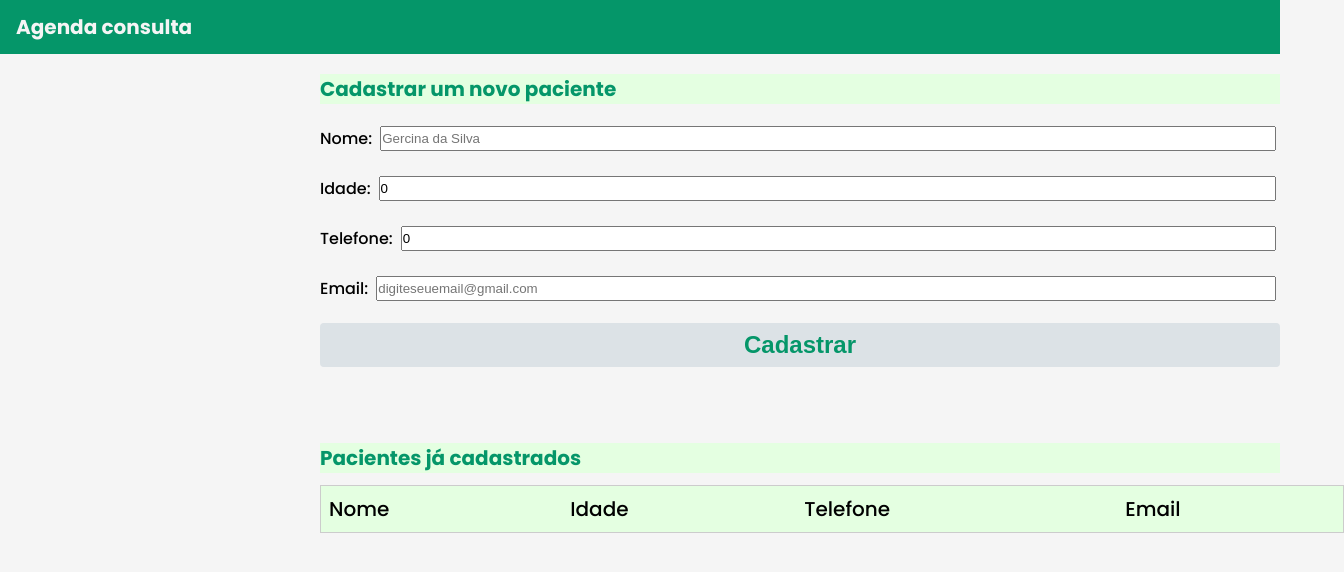
Repository: BarbaraCD/agendaconsulta
Page: /
These files come from the project's save history. The page is drawn as it stood at one moment and after the next save; the edit follows.
The browser window is 1280 px wide. The page is 1344 px wide, then 1280 px, so the pictures cover 1344 px, including what lies to the right of the window. The pictures show the whole page.
The page's requests for data from a server got no answer. The project was rebuilt for these pictures with package versions that can differ from the ones it lists, and the page was loaded fresh each time. No one was signed in, and anything a server would have sent is missing. Also part of the build but not shown: vite.config.ts, src/styles/StyleList.ts, src/components/Patients.tsx.

Above is the page before, as saved 2023-07-31 07:59:21.

After the next save:
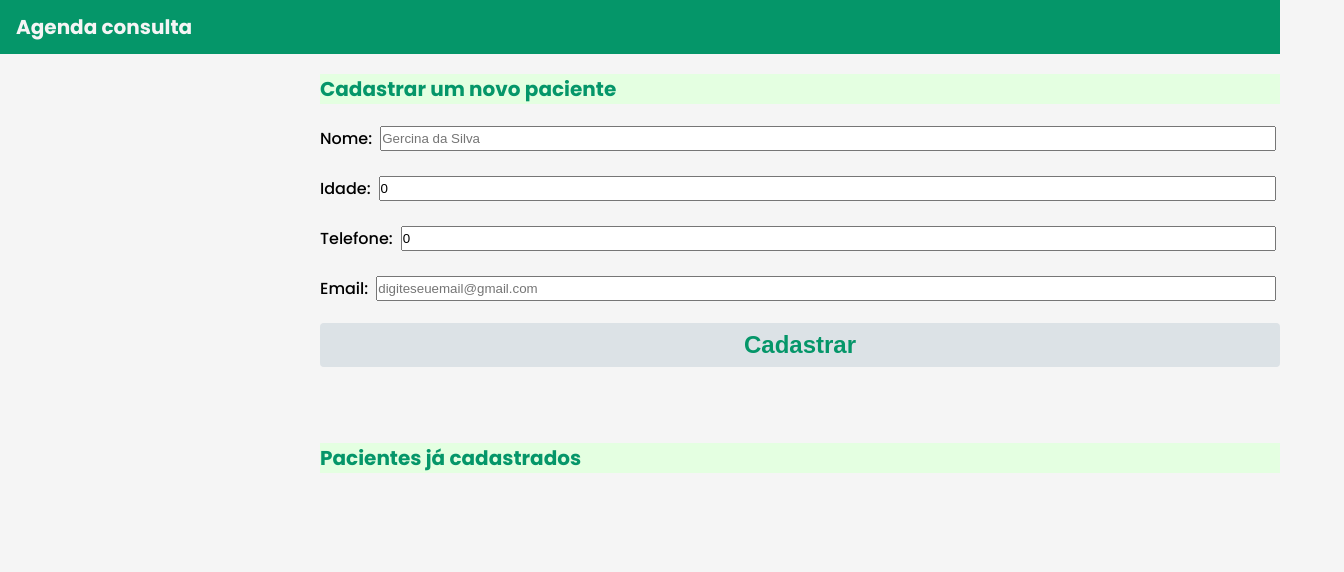
Saved 58 s later.
--- a/src/components/CreatePatient.tsx
+++ b/src/components/CreatePatient.tsx
@@ -80,16 +80,6 @@ export function CreatePatient(){
 
         <Container3>
           <h3>Pacientes já cadastrados</h3>
-          <table>
-            <thead>
-              <tr>
-                <th>Nome</th>
-                <th>Idade</th>
-                <th>Telefone</th>
-                <th>Email</th>
-              </tr>
-            </thead>
-          </table>
           {patients.length > 0 && (
             patients.map((patients) => (
               <Patients
